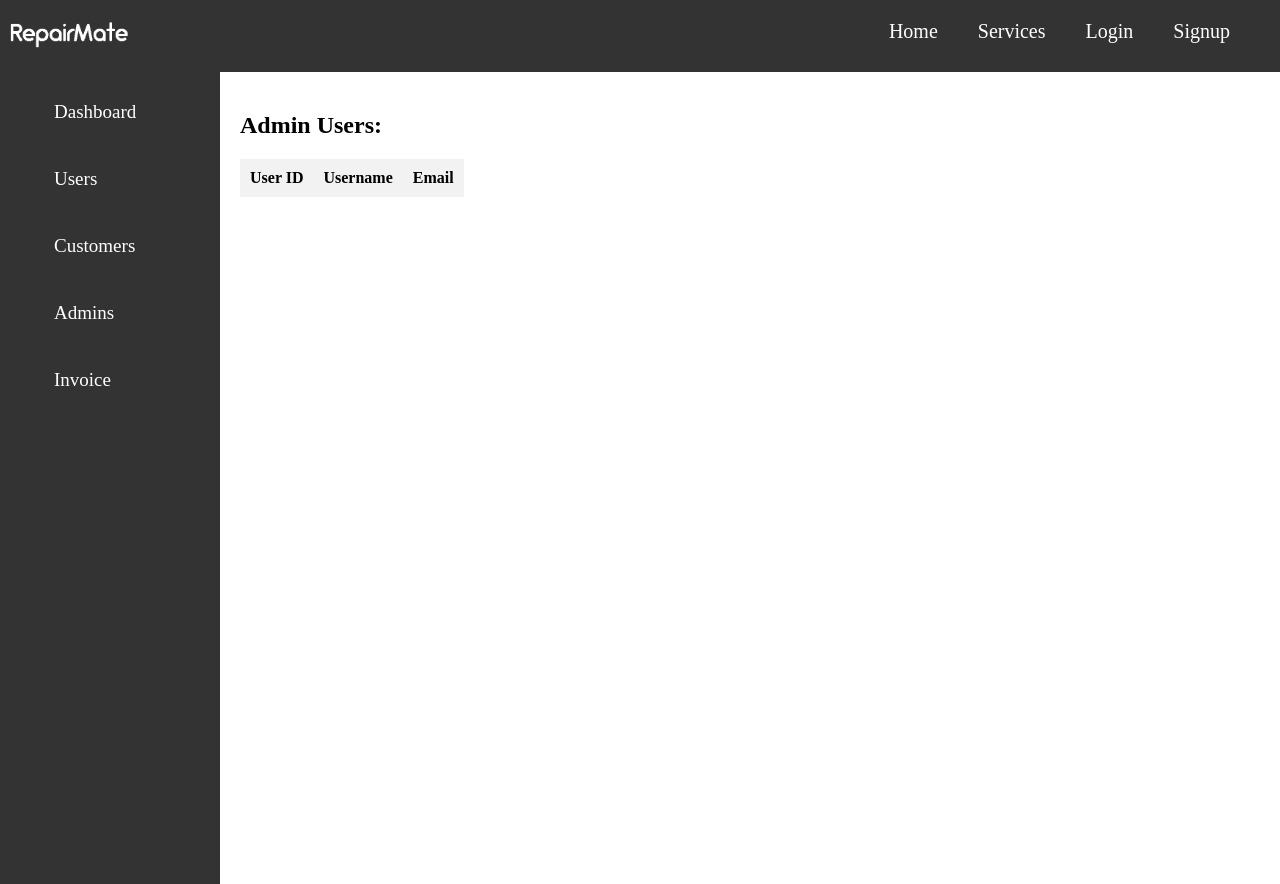
Repository: rohann12/RepairMate
Page: http://localhost/Garage/JSP/users.jsp
These files come from the project's save history. The page is drawn as it stood at one moment and after the next save; the edit follows.
The browser window is 1280 px wide. The pictures show the whole page.
The page is served by Tomcat 9. Other server files are loaded and not shown. Queries for data that is not in the repository find no rows.

Above is the page before, as saved 2023-06-18 11:46:12.

### Garage/src/main/webapp/JSP/users.jsp
<%@ page language="java" contentType="text/html; charset=UTF-8" pageEncoding="UTF-8" %>
<%@ page import="java.sql.*" %>
<%@ page import="com.database.dbconn" %>
<!DOCTYPE html>
<html>
<head>
    <title>Users List</title>
    <style>
        table {
            border-collapse: collapse;
            margin-bottom: 20px;
        }

        th, td {
            padding: 10px;
            text-align: left;
        }

        th {
            background-color: #f2f2f2;
        }
    </style>
</head>
<body>
<jsp:include page="adminNav.jsp" />

    <%-- Establish the database connection --%>
    <%
        Connection conn = dbconn.getConnection();
        Statement stmt = conn.createStatement();

        // Retrieve users with is_admin = 2
        String query = "SELECT * FROM user WHERE is_admin = 2";
        ResultSet rs = stmt.executeQuery(query);
    %>
<div class="content">
    <h2>Admin Users:</h2>

    <table>
        <tr>
            <th>User ID</th>
            <th>Username</th>
            <th>Email</th>
        </tr>
        <% while (rs.next()) { %>
            <tr>
                <td><%= rs.getInt("user_id") %></td>
                <td><%= rs.getString("user_name") %></td>
                <td><%= rs.getString("email") %></td>
            </tr>
        <% } %>
    </table>
</div>
    <%-- Close the database connection and result set --%>
    <%-- <% rs.close(); %>
    <% stmt.close(); %> --%>
    <!-- This closed the connection preventing the reload -->
    <%-- <% conn.close(); %> --%>
</body>
</html>

### Garage/src/main/webapp/JSP/adminNav.jsp
<%@ page language="java" contentType="text/html; charset=UTF-8"
	pageEncoding="UTF-8"%>
<!DOCTYPE html>
<html>

<style>
body {
	margin: 0;
	padding: 0;
}

.admin-navbar {
	background-color: #333;
	height: 110%;
	width: 220px;
	position: absolute;
	display: flex;
	flex-direction: column;
	justify-content: flex-start;
	align-items: center;
	padding-top: 20px;
}

.admin-navbar-links {
	width: 100%;
}

.admin-navbar-links ul {
	list-style-type: none;
	margin: 0;
	padding: 0;
}

.navbar-links li {
	margin-bottom: 10px;
}

.admin-navbar-links li a {
	display: block;
	padding: 9px 54px 36px;
	color: #fff;
	text-decoration: none;
	font-size: 19px;
	transition: background-color 0.3s;
}

.admin-navbar-links li a:hover {
	background-color: #555;
}

.content {
	margin-left: 220px;
	padding: 20px;
}
</style>
</head>
<body>

	<jsp:include page="nav.jsp" />
	<div class="admin-navbar">

		<div class="admin-navbar-links">
			<ul>
				<li><a href="adminDash.jsp">Dashboard</a></li>
				<li><a href="users.jsp">Users</a></li>
				<li><a href="customers.jsp">Customers</a></li>
				<li><a href="admins.jsp">Admins</a></li>
				<li><a href="invoice.jsp">Invoice</a></li>
<!-- 				<li><a href="report.jsp">Report</a></li> -->
			</ul>
		</div>
	</div>
</body>
</html>

### Garage/src/main/webapp/JSP/nav.jsp
<%@page contentType="text/html" pageEncoding="UTF-8"%>
<%@page import="javax.servlet.http.HttpSession"%>

<style>
nav {
  background-color: #333;
  padding: 10px;
  display: flex;
  justify-content: space-between;
  align-items: center;
}

.navbar-logo img {
  height: 40px;
}

.navbar-links ul {
  list-style-type: none;
  margin: 0;
  padding: 0;
  display: flex;
}

.navbar-links li {
  margin-right: 20px;
}

.navbar-links li a {
  color: #fff;
  text-decoration: none;
  font-size: 16px;
  font-size: 20px;
    margin-right: 20px;


}

.navbar-links li a:hover {
  color: #ff6600;

}
.navbar-logo{
margin-top:8px;
}
</style>
<nav>
  <div class="navbar-logo">

      <a href=index.jsp><img src="../Contents/logo.png" alt="Logo"></a>


  </div>
  <div class="navbar-links">
    <ul>
      <li><a href="index.jsp">Home</a></li>
      <li><a href="order.jsp">Services</a></li>

       <%-- Checking session to determine login/logout links --%>
      <%
        HttpSession s = request.getSession(false);
        if (s != null && s.getAttribute("username") != null) {
          // User is logged in, show logout link
          %>
          <li class="jobs"><a href="jobs.jsp">Jobs</a></li>
          <li class="logout"><a href="logout.jsp">Logout</a></li>

          <%
        } else {
          // User is not logged in, show login link
          %>
          <li class="login"><a href="login.jsp">Login</a></li>
          <li class="Signup"><a href="reg.jsp">Signup</a></li>
          <%
        }
      %>
    </ul>
  </div>
</nav>

### Garage/src/main/java/com/database/dbconn.java
package com.database;

import java.sql.Connection;
import java.sql.DriverManager;
import java.sql.*;

public class dbconn {
    private static Connection conn;

    static {
        String url = "jdbc:mysql://localhost:3306/repairmate";
        String username = "root";
        String password = "";

        try {
            Class.forName("com.mysql.jdbc.Driver");
            conn = DriverManager.getConnection(url, username, password);
            System.out.println("Database connected");
        } catch (Exception e) {
            System.out.println(e);
        }
    }

    public static Connection getConnection() {
        return conn;
    }

    public static void closeConnection() {
        try {
            if (conn != null && !conn.isClosed()) {
                conn.close();
                System.out.println("Database connection closed");
            }
        } catch (SQLException e) {
            System.out.println("Error while closing the database connection: " + e.getMessage());
        }
    }
}

After the next save:
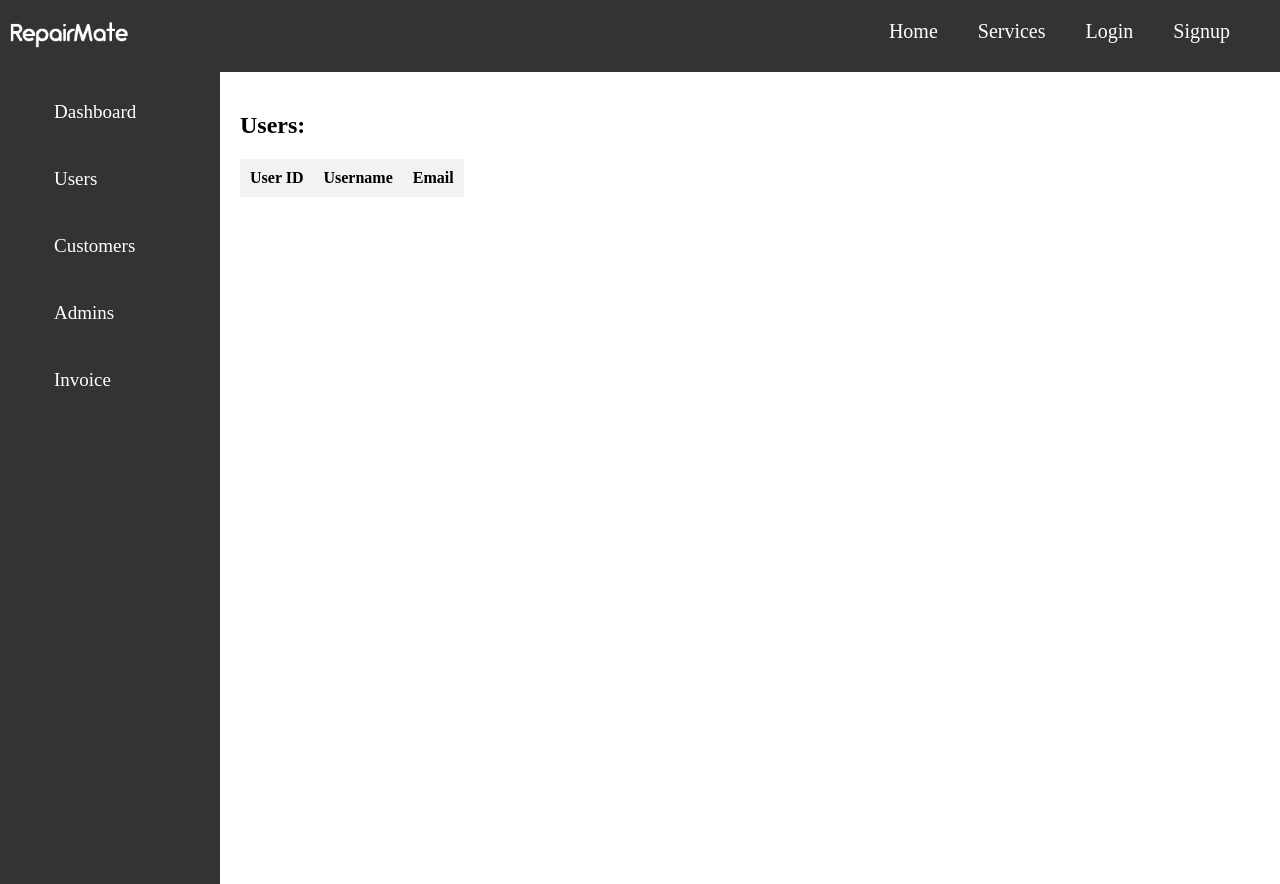
Saved 2 min 29 s later.
--- a/Garage/src/main/webapp/JSP/users.jsp
+++ b/Garage/src/main/webapp/JSP/users.jsp
@@ -34,7 +34,7 @@
         ResultSet rs = stmt.executeQuery(query);
     %>
 <div class="content">
-    <h2>Admin Users:</h2>
+    <h2> Users:</h2>
 
     <table>
         <tr>
